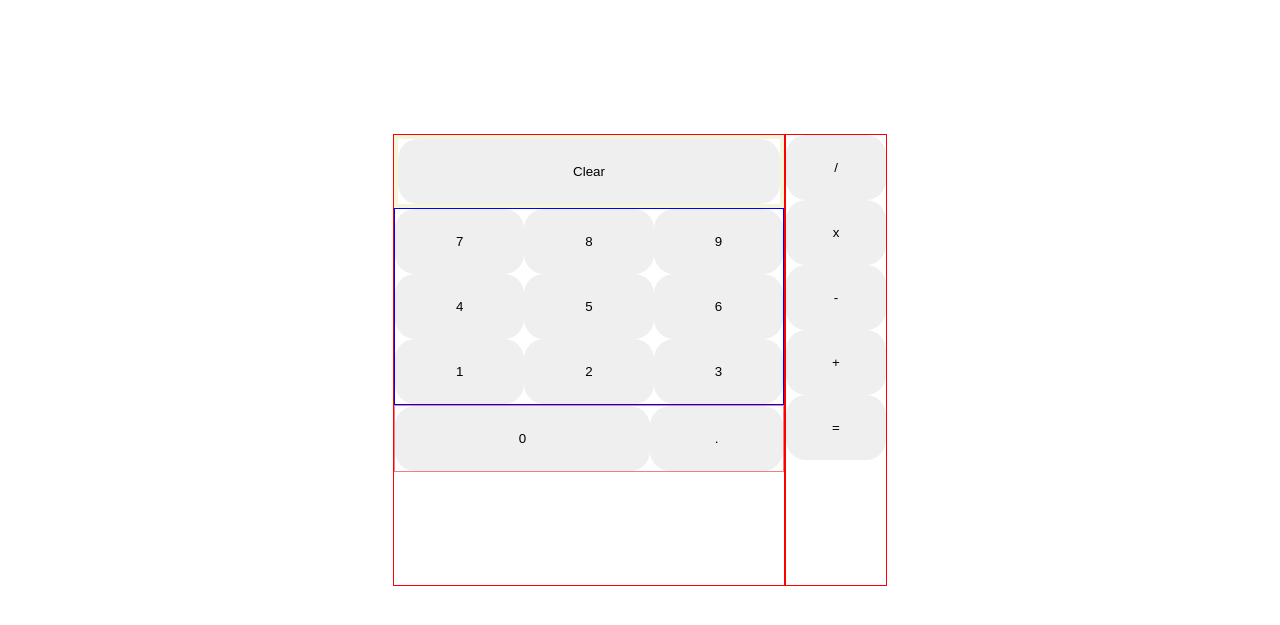
Repository: kocokoy/Calculator
Page: index.html
An editor plug-in stored every save of this project. The page is shown before and after the next save, followed by the edit.
The browser window is 1280 px wide. The pictures show the whole page.

Above is the page before, as saved 2024-10-22 16:05:00.

After the next save:
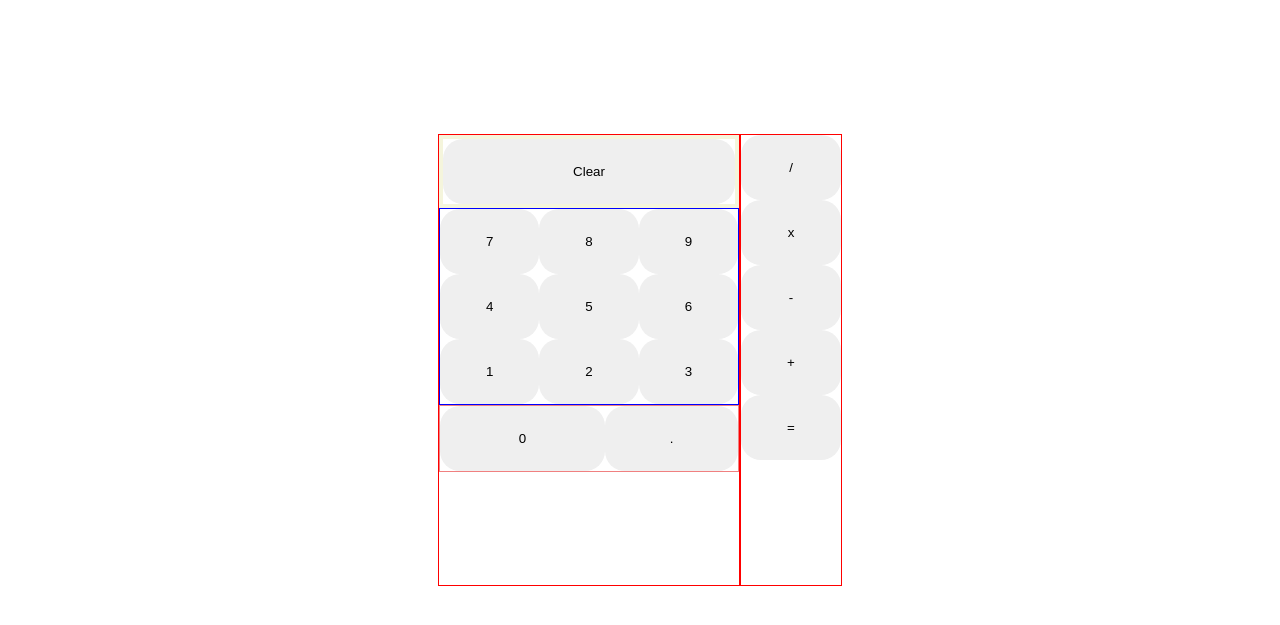
Saved 5 s later.
--- a/style.css
+++ b/style.css
@@ -19,7 +19,7 @@ button{
 .number-and-clear-container{
   border: 1px solid red;
   height: 450px;
-  width: 390px;
+  width: 300px;
   display: block;
 }
 .clear-button-container{
